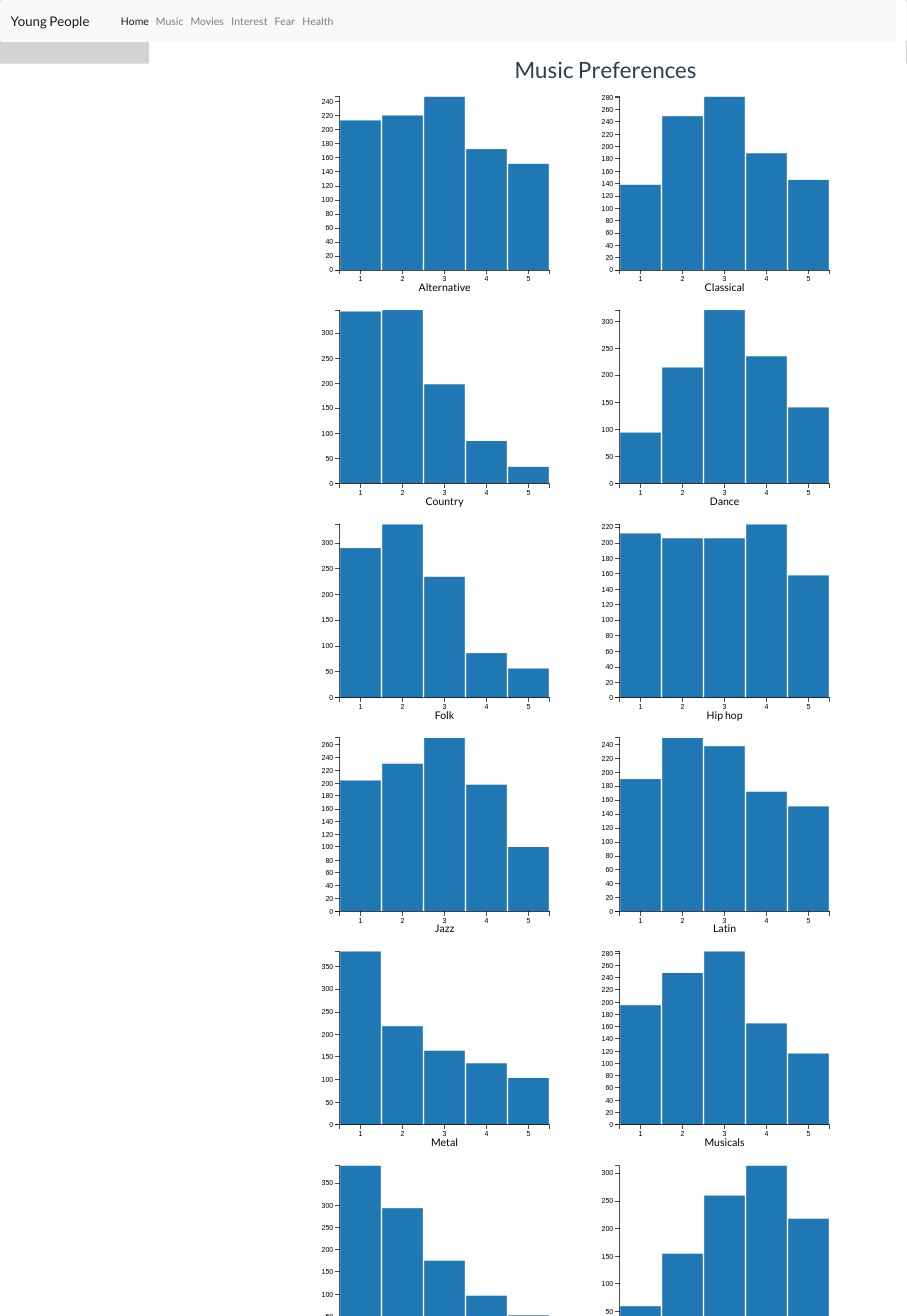
Repository: BrendanMolloy/milestone2
Page: index.html
The author's editor kept a record of every edit. The page is drawn from the files as they stood at one moment, then again after the next edit.
The browser window is 1280 px wide. The page is 1295 px wide, so the pictures cover 1295 px, including what lies to the right of the window. The pictures show the part of the page from y = 0 to 1880 px (the page is 2572 px tall), at 70% of full size.

Above is the page before.

### index.html
<!DOCTYPE html>
<html lang="en">

<head>
  <meta charset="UTF-8">
  <meta name="viewport" content="width=device-width, initial-scale=1.0">
  <meta http-equiv="X-UA-Compatible" content="ie=edge">
  <title>Young People</title>

  <link rel="stylesheet" href="https://maxcdn.bootstrapcdn.com/bootstrap/4.0.0/css/bootstrap.min.css" integrity="sha384-Gn5384xqQ1aoWXA+058RXPxPg6fy4IWvTNh0E263XmFcJlSAwiGgFAW/dAiS6JXm" crossorigin="anonymous">

  <link rel="stylesheet" href="css/bootstrap.min.css" type="text/css" />
  <link rel="stylesheet" href="css/dc.min.css" type="text/css" />
  <link rel="stylesheet" href="css/style.css" type="text/css" />

  <script type="text/javascript" src="js/d3.min.js"></script>
  <script type="text/javascript" src="js/crossfilter.min.js"></script>
  <script type="text/javascript" src="js/dc.min.js"></script>
  <script type="text/javascript" src="js/queue.min.js"></script>
  <script type="text/javascript" src="js/graph.js"></script>
</head>

<body>
  <!------------------------------- Navbar -------------------------------------->

  <nav class="navbar navbar-expand-lg navbar-light bg-light">
    <a class="navbar-brand" href="#">Young People</a>
    <button class="navbar-toggler" type="button" data-toggle="collapse" data-target="#navbarNav" aria-controls="navbarNav" aria-expanded="false" aria-label="Toggle navigation">
    <span class="navbar-toggler-icon"></span>
  </button>
    <div class="collapse navbar-collapse" id="navbarNav">
      <ul class="navbar-nav">
        <li class="nav-item active">
          <a class="nav-link" href="#">Home <span class="sr-only">(current)</span></a>
        </li>
        <li class="nav-item">
          <a class="nav-link" href="#">Music</a>
        </li>
        <li class="nav-item">
          <a class="nav-link" href="#">Movies</a>
        </li>
        <li class="nav-item">
          <a class="nav-link" href="#">Interest</a>
        </li>
        <li class="nav-item">
          <a class="nav-link" href="#">Fear</a>
        </li>
        <li class="nav-item">
          <a class="nav-link" href="#">Health</a>
        </li>
      </ul>
    </div>
  </nav>

  <!------------------------------- Sidebar ------------------------------------->
                      <!--  filters/demographics -->
  <div class="sidenav col-lg-2">
    <div id="gender-balance" class="side-graphs"></div>
    <div id="age"></div>
    <div id="handedness"></div>
    <div id="city-village"></div>
  </div>



  <!-- music -->
  <section class="section main">
    <h2>Music Preferences</h2>
    <div class="row">
      <div id="music-enjoyment" class="col-sm-12 col-m-12 col-lg-12"></div>
    </div>
    <div class="row">
      <div id="alternative"></div>
      <div id="classical"></div>
      <div id="country"></div>
      <div id="dance"></div>
      <div id="folk"></div>
      <div id="hiphop"></div>
      <div id="jazz"></div>
      <div id="latin"></div>
      <div id="metal"></div>
      <div id="musicals"></div>
      <div id="opera"></div>
      <div id="pop"></div>
      <div id="punk"></div>
      <div id="reggae"></div>
      <div id="rock"></div>
      <div id="techno"></div>
    </div>
  </section>

  <!-- movies -->

  <!-- interests -->

  <!-- fears -->

  <!-- health -->

  <!-- spending -->

</body>

</html>

### css/style.css
.section {
	text-align: center;
	border-bottom: 1px solid #e6e6e6;
	padding: 0px;
}

.row {
	text-align: center;
}

.navbar {
	width: 100vw;
	position: fixed;
	z-index: 2;
	padding: 0;
}

.sidenav {
  /*height: 100%;  Full-height: remove this if you want "auto" height */
  width: 450px; /* Set the width of the sidebar */
  position: fixed; /* Fixed Sidebar (stay in place on scroll) */
  z-index: 1; /* Stay on top */
  top: 0; /* Stay at the top */
  left: 0;
  background-color: #D3D3D3; /* Light Grey */
  overflow-x: hidden; /* Disable horizontal scroll */
  padding-top: 70px;
}

.main {
  margin-left: 450px;  /*Same as the width of the sidebar */
  padding: 0;
  padding-top: 60px;
}

#music-enjoyment {
  padding: 0;
}

### js/graph.js
/* global queue */
/* global d3 */
/* global crossfilter */
/* global dc */

queue()
    .defer(d3.csv, "data/young-people.csv")
    .await(makeGraphs);

function makeGraphs(error, ypData){
    var ndx = crossfilter(ypData);

    // demographics //
    show_gender_balance(ndx);
    show_age_range(ndx);
    show_handedness(ndx);
    show_city_village(ndx);

    // music //
    /*show_music_enjoyment(ndx);*/
    show_bar_chart(ndx, 'Alternative', "#alternative", "Alternative");
    show_bar_chart(ndx, 'Classical music', "#classical", "Classical");
    show_bar_chart(ndx, 'Country', "#country", "Country");
    show_bar_chart(ndx, 'Dance', "#dance", "Dance");
    show_bar_chart(ndx, 'Folk', "#folk", "Folk");
    show_bar_chart(ndx, 'Hiphop, Rap', "#hiphop", "Hip hop");
    show_bar_chart(ndx, 'Swing, Jazz', "#jazz", "Jazz");
    show_bar_chart(ndx, 'Latino', "#latin", "Latin");
    show_bar_chart(ndx, 'Metal or Hardrock', "#metal", "Metal");
    show_bar_chart(ndx, 'Musical', "#musicals", "Musicals");
    show_bar_chart(ndx, 'Opera', "#opera", "Opera");
    show_bar_chart(ndx, 'Pop', "#pop", "Pop");
    show_bar_chart(ndx, 'Punk', "#punk", "Punk");
    show_bar_chart(ndx, 'Reggae, Ska', "#reggae", "Reggae");
    show_rock(ndx, 'Rock', "#rock", "Rock");
    show_techno(ndx);

    // music //
    /*show_movie_enjoyment(ndx);
    show_action(ndx);
    show_cartoon(ndx);
    show_comedy(ndx);
    show_documentary(ndx);
    show_fantasy(ndx);
    show_horror(ndx);
    show_romatic(ndx);
    show_scifi(ndx);
    show_thriller(ndx);
    show_war(ndx);
    show_western(ndx); */

    dc.renderAll();
}

function remove_empty_bins(source_group) { //eliminates empty or null values from the dataset, so graphs can render unimpeded//
    return {
        all:function () {
            return source_group.all().filter(function(d) {
                //return Math.abs(d.value) > 0.00001; // if using floating-point numbers
                return d.key !== ""; // if integers only
            });
        }
    };
}

    var w = 400; //adjust graph dimensions
    var h = 300;

//---------------------- Demographics Graphs ---------------------------------//

function show_gender_balance(ndx){
    var dim = ndx.dimension(dc.pluck('Gender'));
    var group = dim.group();
    var filtered_group = remove_empty_bins(group)

    dc.pieChart("#gender-balance")
        .useViewBoxResizing(true)
        .externalRadiusPadding(10)
        .innerRadius(0)
        .dimension(dim)
        .group(filtered_group)
        .legend(dc.legend())
        .on('pretransition', function(chart) {
        chart.selectAll('text.pie-slice').text(function(d) {
            return d.data.key + ' ' + dc.utils.printSingleValue((d.endAngle - d.startAngle) / (2*Math.PI) * 100) + '%';
        })
    })
}

function show_age_range(ndx){
    var dim = ndx.dimension(dc.pluck('Age'));
    var group = dim.group();
    var filtered_group = remove_empty_bins(group)

    dc.barChart("#age")
        .useViewBoxResizing(true)
        .dimension(dim)
        .group(filtered_group)
        .transitionDuration(500)
        .x(d3.scale.ordinal())
        .xUnits(dc.units.ordinal)
        .elasticY(true)
        .xAxisLabel("Age")
        .yAxis().ticks(10);
}

/*function show_age_range(ndx){ //displays age distribution in pie chart form
    var dim = ndx.dimension(dc.pluck('Age'));
    var group = dim.group();
    var filtered_group = remove_empty_bins(group)

    dc.pieChart("#age")
        .useViewBoxResizing(true)
        .externalRadiusPadding(10)
        .innerRadius(0)
        .dimension(dim)
        .group(filtered_group)
        .legend(dc.legend())
        .on('pretransition', function(chart) {
        chart.selectAll('text.pie-slice').text(function(d) {
            return d.data.key + ' ' + dc.utils.printSingleValue((d.endAngle - d.startAngle) / (2*Math.PI) * 100) + '%';
        })
    })
} */

function show_handedness(ndx){
    var dim = ndx.dimension(dc.pluck('Left - right handed'));
    var group = dim.group();
    var filtered_group = remove_empty_bins(group)

    dc.pieChart("#handedness")
        .useViewBoxResizing(true)
        .externalRadiusPadding(10)
        .innerRadius(0)
        .dimension(dim)
        .group(filtered_group)
        .legend(dc.legend())
        .on('pretransition', function(chart) {
        chart.selectAll('text.pie-slice').text(function(d) {
            return d.data.key + ' ' + dc.utils.printSingleValue((d.endAngle - d.startAngle) / (2*Math.PI) * 100) + '%';
        })
    })
}

function show_city_village(ndx){
    var dim = ndx.dimension(dc.pluck('Village - town'));
    var group = dim.group();
    var filtered_group = remove_empty_bins(group)

    dc.pieChart("#city-village")
        .useViewBoxResizing(true)
        .externalRadiusPadding(10)
        .innerRadius(0)
        .dimension(dim)
        .group(filtered_group)
        .legend(dc.legend())
        .on('pretransition', function(chart) {
        chart.selectAll('text.pie-slice').text(function(d) {
            return d.data.key + ' ' + dc.utils.printSingleValue((d.endAngle - d.startAngle) / (2*Math.PI) * 100) + '%';
        })
    })
}

//---------------------------- Music Graphs ----------------------------------//

function show_music_enjoyment(ndx){
    var dim = ndx.dimension(dc.pluck('Music'));
    var group = dim.group();
    var filtered_group = remove_empty_bins(group)

    dc.barChart("#music-enjoyment")
        .width(400)
        .height(300)
        .margins({top:10, right:50, bottom:30, left:50})
        .dimension(dim)
        .group(filtered_group)
        .transitionDuration(500)
        .x(d3.scale.ordinal())
        .xUnits(dc.units.ordinal)
        .elasticY(true)
        .xAxisLabel("I enjoy listening to music")
        .yAxis().ticks(10);
}

function show_bar_chart(ndx, dimensionLabel, id, xlabel){
    var dim = ndx.dimension(dc.pluck(dimensionLabel));
    var group = dim.group();
    var filtered_group = remove_empty_bins(group)

    dc.barChart(id)
        .width(w)
        .height(h)
        .margins({top:10, right:50, bottom:30, left:50})
        .dimension(dim)
        .group(filtered_group)
        .transitionDuration(500)
        .x(d3.scale.ordinal())
        .xUnits(dc.units.ordinal)
        .elasticY(true)
        .xAxisLabel(xlabel)
        .yAxis().ticks(10);
}

function show_rock(ndx){
    var dim = ndx.dimension(dc.pluck('Rock'));
    var group = dim.group();
    var filtered_group = remove_empty_bins(group)

    dc.barChart("#rock")
        .width(w)
        .height(h)
        .margins({top:10, right:50, bottom:30, left:50})
        .dimension(dim)
        .group(filtered_group)
        .transitionDuration(500)
        .x(d3.scale.ordinal())
        .xUnits(dc.units.ordinal)
        .elasticY(true)
        .xAxisLabel("Rock")
        .yAxis().ticks(10);
}

function show_techno(ndx){
    var dim = ndx.dimension(dc.pluck('Techno, Trance'));
    var group = dim.group();
    var filtered_group = remove_empty_bins(group)

    dc.barChart("#techno")
        .width(w)
        .height(h)
        .margins({top:10, right:50, bottom:30, left:50})
        .dimension(dim)
        .group(filtered_group)
        .transitionDuration(500)
        .x(d3.scale.ordinal())
        .xUnits(dc.units.ordinal)
        .elasticY(true)
        .xAxisLabel("Techno")
        .yAxis().ticks(10);
}

//---------------------------- Movie Graphs ----------------------------------//

Loaded but not shown: css/bootstrap.min.css (library); css/dc.min.css (library); js/d3.min.js (library); js/crossfilter.min.js (library); js/dc.min.js (library); js/queue.min.js (common file)

After the next edit:
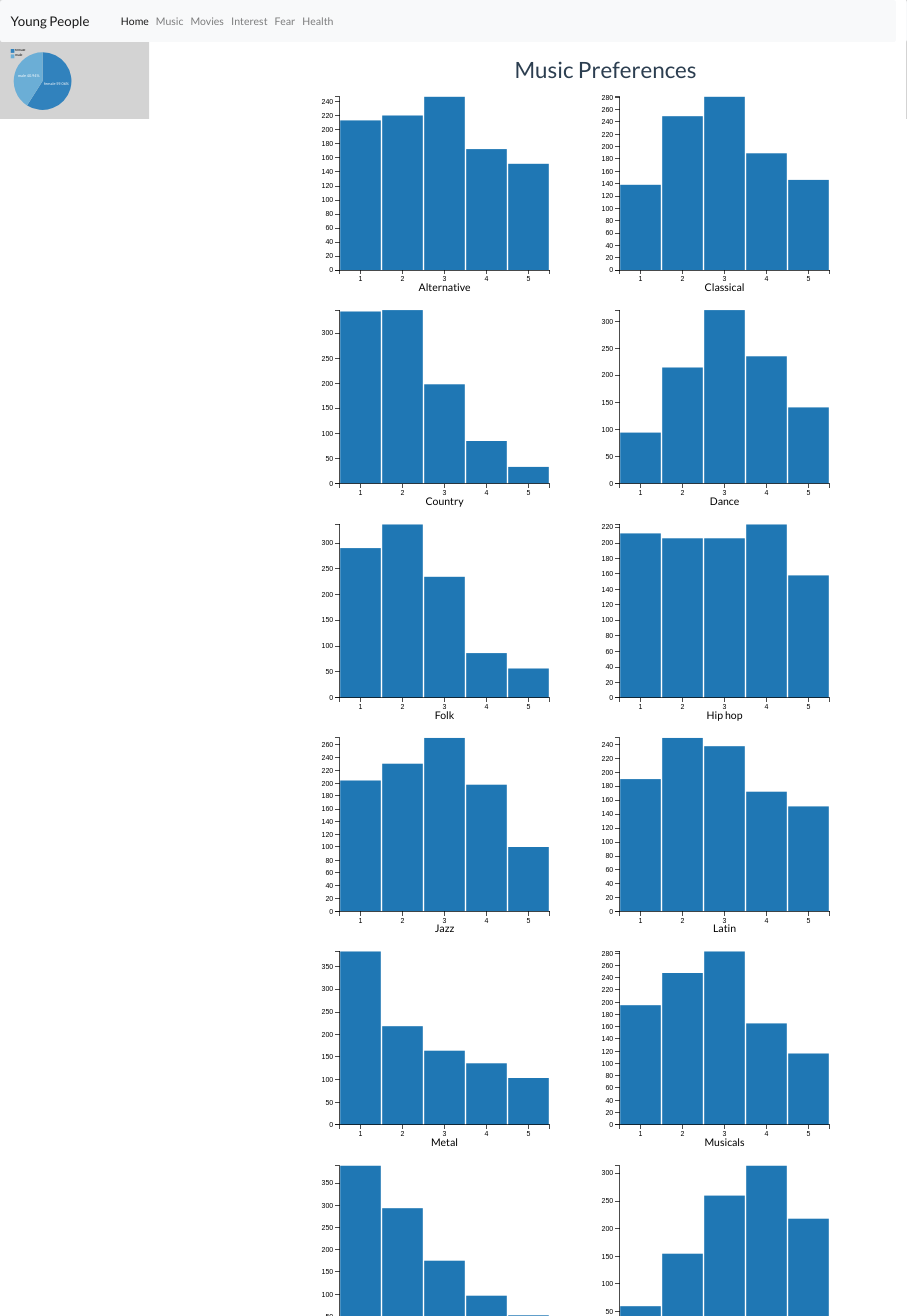
The edit:
--- a/css/style.css
+++ b/css/style.css
@@ -36,3 +36,9 @@
 #music-enjoyment {
   padding: 0;
 }
+
+#gender-balance {
+  text-align:center;
+  width:50%;
+  height: 100px;
+}
